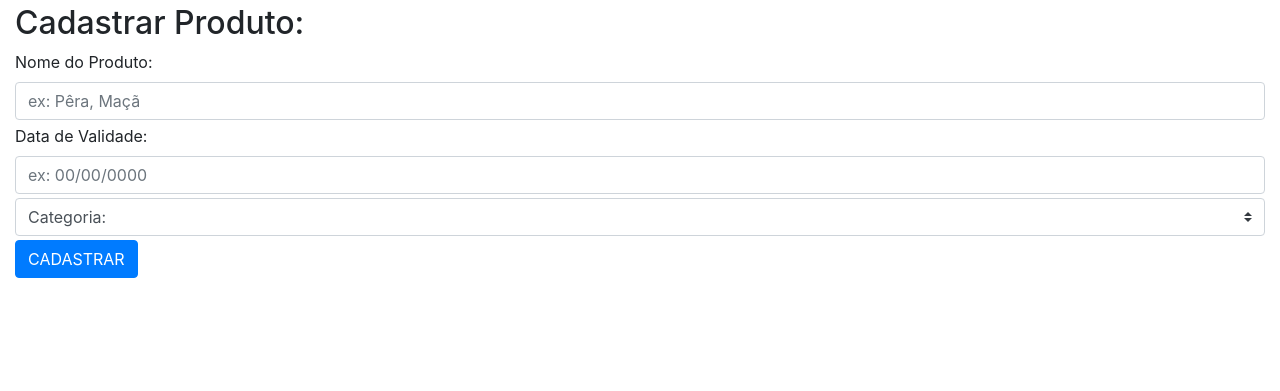
Repository: ricardofelipesilva/sistema
Page: http://localhost/site/controle.jsp
The author's editor kept a copy of each file at every save. The page is drawn from the files as they stood at one save, then again after a run of saves.
The browser window is 1280 px wide. The pictures show the whole page.
The page is served by Tomcat 9.

Above is the page before, as saved 2019-07-01 08:22:58.

After the next 2 saves:
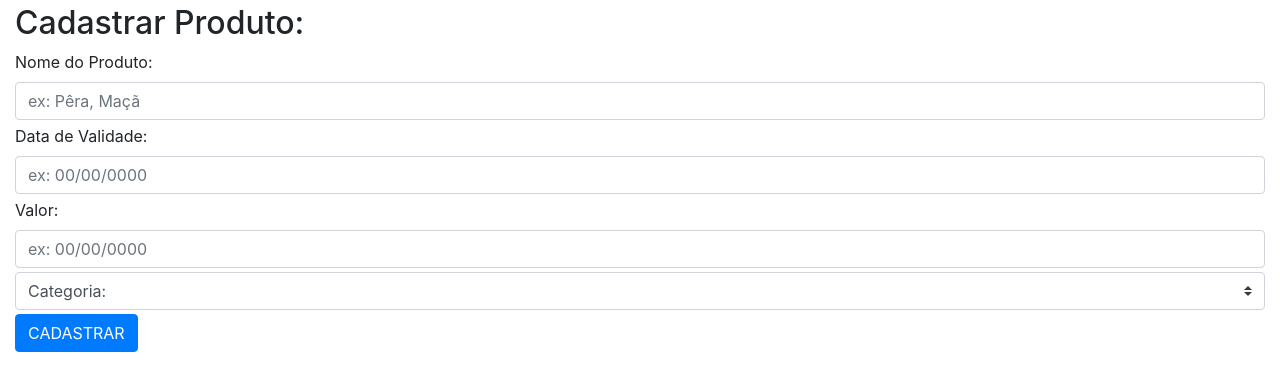
The 2 saves are shown as one change because they came seconds apart.
The last was saved 52 s later.
--- a/site/WebContent/controle.jsp
+++ b/site/WebContent/controle.jsp
@@ -31,6 +31,11 @@
     <input  class="form-control" type="text" name="dataValidade"  placeholder="ex: 00/00/0000" />
   </div>
 
+  <div class=" col-auto my-1 form-group">
+    <label for="exampleInputEmail1">Valor:</label>
+    <input  class="form-control" type="text" name="dataValidade"  placeholder="ex: 00/00/0000" />
+  </div>
+
       <div class="col-auto my-1">
       <label class="mr-sm-2 sr-only" for="inlineFormCustomSelect">Preference</label>
       <select class="custom-select mr-sm-2" id="inlineFormCustomSelect">
